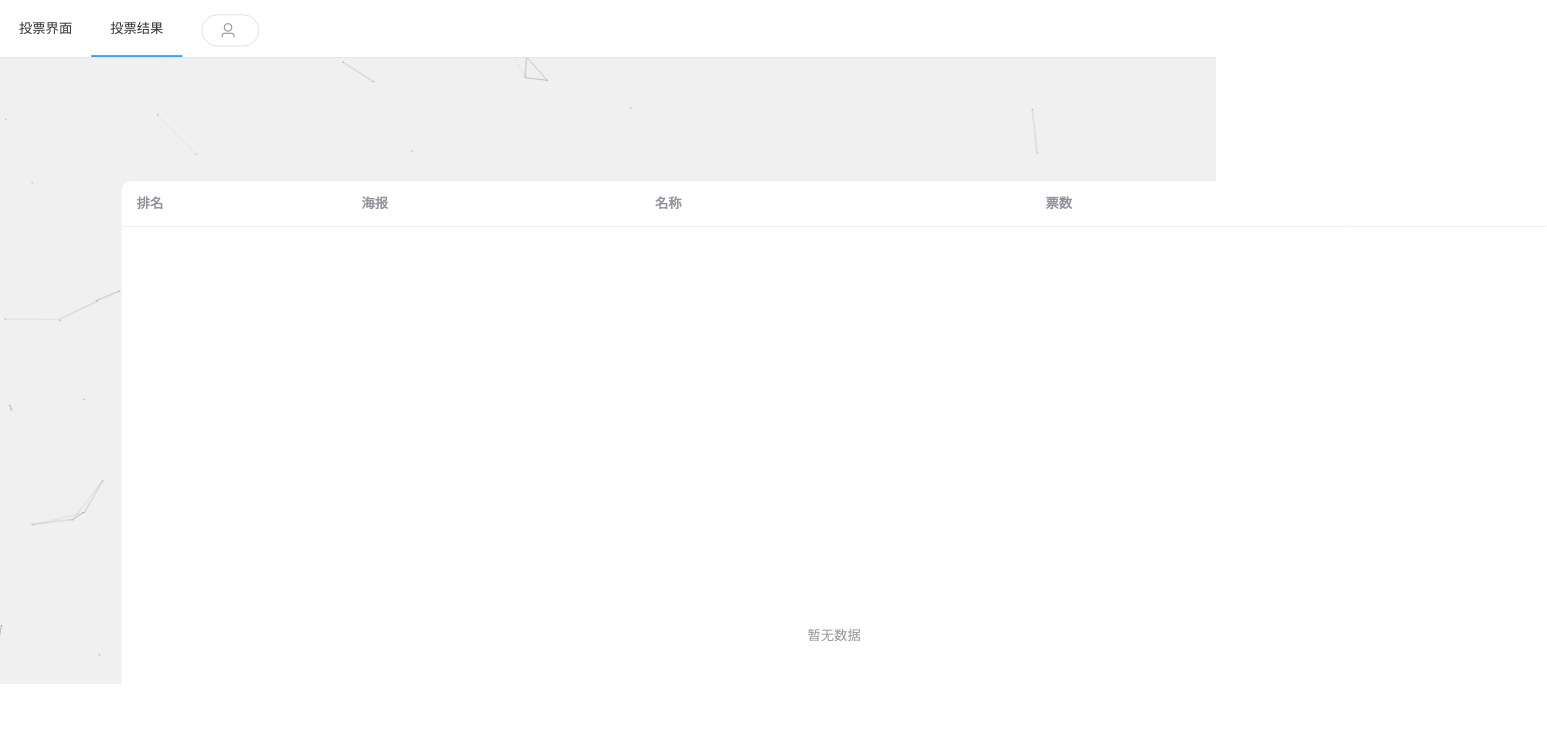
Repository: 280hhh/vote
Page: /#/result
An editor plug-in stored every save of this project. The page is shown before and after the next save, followed by the edit.
The browser window is 1280 px wide. The page is 1628 px wide, so the pictures cover 1628 px, including what lies to the right of the window. The pictures show the whole page, at 95% of full size.
The project was rebuilt for these pictures with package versions that can differ from the ones it lists, and the page was loaded fresh each time. Also part of the build but not shown: src/components/login.vue, src/components/home.vue, src/components/register.vue.

Above is the page before, as saved 2021-06-16 00:53:28.

### public/index.html
<!DOCTYPE html>
<html lang="">
  <head>
    <meta charset="utf-8">
    <meta http-equiv="X-UA-Compatible" content="IE=edge">
    <meta name="viewport" content="width=device-width,initial-scale=1.0">
    <link rel="icon" href="<%= BASE_URL %>jr.jpg">
    <title>十大热门电影投票</title>
  </head>
  <body>
    <noscript>
      <strong>We're sorry but <%= htmlWebpackPlugin.options.title %> doesn't work properly without JavaScript enabled. Please enable it to continue.</strong>
    </noscript>
    <div id="app"></div>
    <!-- built files will be auto injected -->
  </body>
</html>

### src/App.vue
<template>
      <div id="app">
        <!-- 路由占位符 -->
        <div id="nav" v-if="$route.meta.keepAlive">
        <el-menu :default-active="this.$route.path" router class="el-menu-demo" mode="horizontal">
          <el-menu-item v-for="(item,i) in nvaList" :key="i" :index="item.name">
            <template slot="title">
             <span> {{ item.navItem }}</span>
           </template>
          </el-menu-item>
          <el-menu-item>
            <el-dropdown>
              <el-button icon="el-icon-user" size="mini" round></el-button>
              <el-dropdown-menu slot="dropdown">
                <div v-if="loginUser.username!=''">
                  <el-dropdown-item>用户:{{loginUser.username}}</el-dropdown-item>
                  <el-dropdown-item @click.native="logOut">退出</el-dropdown-item>
                </div>
                <div v-else>
                      <router-link to='/login'>
                        <el-dropdown-item>去登陆</el-dropdown-item>
                      </router-link>
                </div>
              </el-dropdown-menu>
            </el-dropdown>
          </el-menu-item>
        </el-menu>
    </div>
    <router-view></router-view>
    </div>
</template>

<script>
import Canvas from "../canvas-nest.min.js";
export default {
  name:"app",
  components:{
    Canvas
  },
  data(){
    return{
        loginUser:{
        username:'',
        email:'',
        password:'',
        checkPassword:'',
        phoneNumber:''
      },
      nvaList:[
        {name:'/home',navItem:'投票界面'},
        {name:'/result',navItem:'投票结果'}
      ],
    }
  },
  methods:{
    //点击退出登录时
      logOut(){
        for(var item in this.loginUser){
            this.loginUser[item]='';
        }
        localStorage.loginUser=JSON.stringify(this.loginUser);
        location.reload();
      }
  },
  mounted(){
        if(!window.localStorage) this.$message({showClose: true,message: '发生未知错误！',type: 'error'});
        //登录人信息初始化
        if(localStorage.loginUser!=null){
        this.loginUser=JSON.parse(localStorage.loginUser);
        //更新用户组和登陆人的票数和日期
        // this.oldMessage();
        for(var item in this.userGroup){
        }
            localStorage.loginUser=JSON.stringify(this.userGroup[item]);
            localStorage.userGroup=JSON.stringify(this.userGroup);
        }
  },
  created(){
}
}

</script>

<style>
body{
  margin: 0;
  padding: 0;
}
canvas{
    background: rgb(226, 225, 225);
    opacity: 0.3;
}
</style>

### src/router/index.js
import Vue from 'vue'
import VueRouter from 'vue-router'
import Login from '../components/login.vue'
import '../assets/css/global.css'
import Home from '../components/home.vue'
import Register from '../components/register.vue'
import Result from '../components/result.vue'


Vue.use(VueRouter)

const routes = [
  {path:'/',redirect:'/login',meta:{keepAlive:false}},
  {path:'/login',component:Login,meta:{keepAlive:false}},
  {path:'/home',component:Home,meta:{keepAlive:true}},
  {path:'/register',component:Register,meta:{keepAlive:false}},
  {path:'/result',component:Result,meta:{keepAlive:true}}
]

const router = new VueRouter({
  routes
})

export default router

### src/plugins/element.js
import Vue from 'vue'
import { Button } from 'element-ui'
import {Form,FormItem} from 'element-ui'
import {Input} from 'element-ui'
import {Message} from 'element-ui'
import {Menu} from 'element-ui'
import {MenuItem} from 'element-ui'
import {Submenu} from 'element-ui'
import {Dropdown,DropdownItem,DropdownMenu} from 'element-ui'
import {Dialog} from 'element-ui'
import {Table} from 'element-ui'
import {Progress} from 'element-ui'
import {TableColumn} from 'element-ui'

Vue.use(Button)
Vue.use(Form)
Vue.use(FormItem)
Vue.use(Input)
Vue.prototype.$message=Message
Vue.use(Menu)
Vue.use(MenuItem)
Vue.use(Submenu)
Vue.use(Dropdown)
Vue.use(DropdownItem)
Vue.use(DropdownMenu)
Vue.use(Dialog)
Vue.use(Table)
Vue.use(Progress)
Vue.use(TableColumn)

### canvas-nest.min.js
!function(){function o(w,v,i){return w.getAttribute(v)||i}function j(i){return document.getElementsByTagName(i)}function l(){var i=j("script"),w=i.length,v=i[w-1];return{l:w,z:o(v,"zIndex",-1),o:o(v,"opacity",0.5),c:o(v,"color","0,0,0"),n:o(v,"count",110)}}function k(){r=u.width=window.innerWidth||document.documentElement.clientWidth||document.body.clientWidth,n=u.height=window.innerHeight||document.documentElement.clientHeight||document.body.clientHeight}function b(){e.clearRect(0,0,r,n);var w=[f].concat(t);var x,v,A,B,z,y;t.forEach(function(i){i.x+=i.xa,i.y+=i.ya,i.xa*=i.x>r||i.x<0?-1:1,i.ya*=i.y>n||i.y<0?-1:1,e.fillRect(i.x-0.5,i.y-0.5,1,1);for(v=0;v<w.length;v++){x=w[v];if(i!==x&&null!==x.x&&null!==x.y){B=i.x-x.x,z=i.y-x.y,y=B*B+z*z;y<x.max&&(x===f&&y>=x.max/2&&(i.x-=0.03*B,i.y-=0.03*z),A=(x.max-y)/x.max,e.beginPath(),e.lineWidth=A/2,e.strokeStyle="rgba("+s.c+","+(A+0.2)+")",e.moveTo(i.x,i.y),e.lineTo(x.x,x.y),e.stroke())}}w.splice(w.indexOf(i),1)}),m(b)}var u=document.createElement("canvas"),s=l(),c="c_n"+s.l,e=u.getContext("2d"),r,n,m=window.requestAnimationFrame||window.webkitRequestAnimationFrame||window.mozRequestAnimationFrame||window.oRequestAnimationFrame||window.msRequestAnimationFrame||function(i){window.setTimeout(i,1000/45)},a=Math.random,f={x:null,y:null,max:20000};u.id=c;u.style.cssText="position:fixed;top:0;left:0;z-index:"+s.z+";opacity:"+s.o;j("body")[0].appendChild(u);k(),window.onresize=k;window.onmousemove=function(i){i=i||window.event,f.x=i.clientX,f.y=i.clientY},window.onmouseout=function(){f.x=null,f.y=null};for(var t=[],p=0;s.n>p;p++){var h=a()*r,g=a()*n,q=2*a()-1,d=2*a()-1;t.push({x:h,y:g,xa:q,ya:d,max:6000})}setTimeout(function(){b()},100)}();

### src/assets/css/global.css
html,
body,
#app{
  height: 100%;
  margin: 0;
  padding: 0;
}

### src/components/result.vue
<template>
  <div class="result_container">
    <div class="result_box">
      <el-table :data="contestants" stripe height="910" style="width:100%;" >
            <el-table-column width="60" label="排名" align="center">
                <template scope="scope"><span>{{scope.$index + 1}}</span></template>
            </el-table-column>
            <el-table-column min-width="2.1" label="海报" align="center">
                <template slot-scope="scope">
                <img :src="scope.row.src" class="head_pic" style="height:150px"/>
                </template>
            </el-table-column>
            <el-table-column prop="name" label="名称" min-width="1" align="center"></el-table-column>
            <el-table-column prop="votes" min-width="3" align="center" label="票数">
            <template slot-scope="scope">
            <el-progress :show-text="false" :stroke-width="18" :percentage="(scope.row.votes)" :color="colors" >
                </el-progress>
            </template>
            </el-table-column >
            <el-table-column prop="votes"  min-width="1"></el-table-column>
        </el-table>
    </div>
  </div>
</template>

<script>
export default {
data(){
  return{
    contestants:[],
    colors: [
          {color: '#1989fa', percentage: 20},
          {color: '#e6a23c', percentage: 40},
          {color: '#5cb87a', percentage: 60},
          {color: '#f56c6c', percentage: 80},
          {color: '#6f7ad3', percentage: 100}
        ],
  }
},
methods:{
  //进行排名
    sortBy(props) {
    return function(a,b) {
        return   b[props] - a[props];
    }}
},
mounted(){
  let a=JSON.parse(localStorage.contestants);
        for(var item in a){
            this.contestants.push(a[item]);
        }
        this.contestants.sort(this.sortBy("votes"));
  }
}
</script>

<style Lang="less" scoped>
.result_container{
  height: 100%;
}
.result_box{
  position: relative;
  height: 600px;
  width: 1500px;
  top: 18%;
  left: 10%;
  background-color: white;
  overflow: hidden;
  border-radius: 10px;
}
</style>

Loaded but not shown: src/main.js (common file)

After the next save:
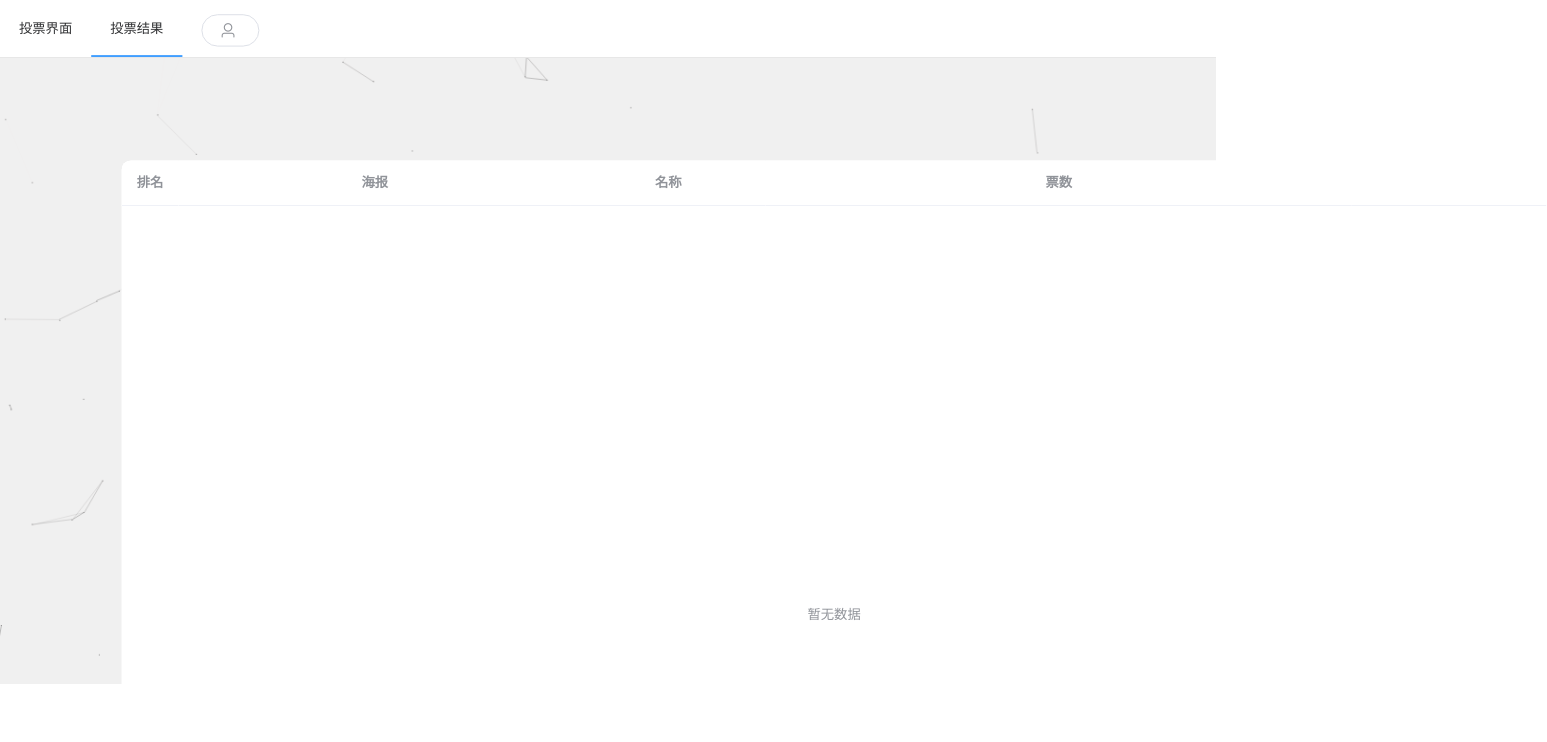
Saved 4 s later.
--- a/src/components/result.vue
+++ b/src/components/result.vue
@@ -62,7 +62,7 @@
   position: relative;
   height: 600px;
   width: 1500px;
-  top: 18%;
+  top: 15%;
   left: 10%;
   background-color: white;
   overflow: hidden;
